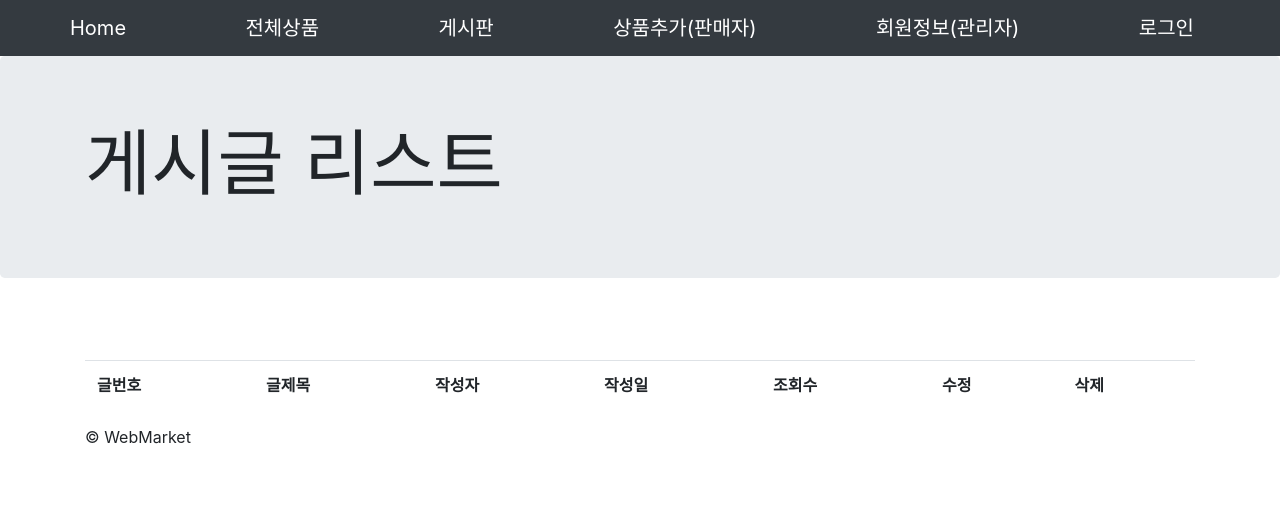
Repository: davisbyun/ai
Page: http://localhost/WebMarket/board/boardList.jsp
The author's editor kept a copy of each file at every save. The page is drawn from the files as they stood at one save, then again after the next save.
The browser window is 1280 px wide. The pictures show the whole page.
The page is served by Tomcat 9. Other server files are loaded and not shown. Queries for data that is not in the repository find no rows.

Above is the page before, as saved 2024-01-30 03:16:19.

### WebMarket/src/main/webapp/board/boardList.jsp
<%@page import="java.sql.*"%>
<%@ page language="java" contentType="text/html; charset=UTF-8"
    pageEncoding="UTF-8"%>
<%@ page import="java.net.*" %>
<!DOCTYPE html>
<html>
<head>
<meta charset="UTF-8">
<title>boardList.jsp 게시글 리스트 </title>
<link rel="stylesheet" href="./css/bootstrap.min.css" />
</head>
<body>
 	 <%

    //1.드라이버연결
	Class.forName("com.mysql.jdbc.Driver");


    String url = "jdbc:mysql://localhost:3306/webmarket?characterEncoding=UTF-8&serverTimezone=UTC&useSSL=false";
    String userId ="root";
    String userPwd="1234";

    //2. con 연결
    Connection con = DriverManager.getConnection(url, userId, userPwd);
    //3. sql con올리기
    String selectSql= "select * from boardtbl";
    PreparedStatement pstmt = con.prepareStatement(selectSql);
    //4.mysql로 보내서 실행하기
    ResultSet rs = pstmt.executeQuery();
    //5.rs변수에 담겨서 select문을 jsp로 들어온다.

  %>

<jsp:include page="../menu.jsp"></jsp:include>

<div class="jumbotron">
    <div class="container">
        <h1 class="display-3"> 게시글 리스트 </h1>
    </div>
  </div>

<div class="container">

    <div style="padding-top: 50px">
	 <table class="table table-hover">
    	<tr><th>글번호</th> <th>글제목</th> <th>작성자</th> <th>작성일</th> <th>조회수</th> <th>수정</th> <th>삭제</th></tr>
        <%
          while(rs.next()) { //rs.next() 꼭 써주어야 하는 명령어 포인터 위치를 가르킨다.
        	                 //한줄만 출력하더라도 반드시 rs.next() 사용해야 한다.
         %>
         <tr>
    	   <td> <%= rs.getInt("num") %></td>  <%--num 는 mysql 에 있는 열 이름 --%>
    	   <td>
    	     <a href="boardDetail.jsp?num=<%=rs.getInt("num") %>&title=<%=rs.getString("title") %>&content=<%=rs.getString("content") %>&writer=<%=rs.getString("writer") %>&regdate=<%=rs.getDate("reg_date") %>&count=<%=rs.getInt("count") %>" >

    	        <%= rs.getString("title") %>
    	     </a>

    	   </td>
    	   <td> <%= rs.getString("writer") %></td>
    	   <td> <%= rs.getDate("reg_date") %></td>
    	   <td> <%= rs.getInt("count") %></td>
    	   <td> <a href="boardModify.jsp?num=<%=rs.getInt("num") %>" class="btn btn-primary"> 수정 </a> </td>
    	   <td> <a href="boardDelete.jsp?num=<%=rs.getInt("num") %>" class="btn btn-danger"> 삭제 </a> </td>
    	</tr>
         <%
          }
         %>

    </table>
    </div>
  </div>




  <jsp:include page="../footer.jsp"></jsp:include>

  </body>
  </html>

### WebMarket/src/main/webapp/menu.jsp
<%@ page language="java" contentType="text/html; charset=UTF-8"
    pageEncoding="UTF-8"%>
<!DOCTYPE html>
<html>
<head>
<meta charset="UTF-8">
<title>Insert title here</title>
<link rel="stylesheet" href="https://cdn.jsdelivr.net/npm/bootstrap@4.0.0/dist/css/bootstrap.min.css" integrity="sha384-Gn5384xqQ1aoWXA+058RXPxPg6fy4IWvTNh0E263XmFcJlSAwiGgFAW/dAiS6JXm" crossorigin="anonymous">
</head>
<body>
	 <nav class="navbar navbar-expand navbar-dark bg-dark">
    <div class="container">
        <div class="navbar-header">
            <a class="navbar-brand" href="/WebMarket/welcome.jsp">Home</a>
        </div>
        <div class="navbar-header">
            <a class="navbar-brand" href="/WebMarket/products.jsp">전체상품</a>
        </div>
        <div class="navbar-header">
            <a class="navbar-brand" href="/WebMarket/board/boardList.jsp">게시판</a>
        </div>
        <div class="navbar-header">
            <a class="navbar-brand" href="/WebMarket/addProduct.jsp">상품추가(판매자)</a>
        </div>
        <div class="navbar-header">
             <a class="navbar-brand" href="/WebMarket/member/memberInfo.jsp">회원정보(관리자)</a>
         </div>
         <%
            //세션 가져오기
            String name = (String)session.getAttribute("name");
         	String id = (String )session.getAttribute("id");
         	String loginOk = "로그인";
         	if( name != null ) {
         		loginOk = name + "님 ";
         %>
         <div class="navbar-header">
         	<div class="text-white"> <h5><%=loginOk %> </h5>&nbsp;&nbsp;
             <a class="navbar-brand" href="/WebMarket/member/logOut.jsp"> 로그아웃 </a>
         </div>
         </div>

         <%

         	}else {
         		loginOk = "로그인";
         %>
         <div class="navbar-header">
             <a class="navbar-brand" href="/WebMarket/member/login.jsp"><%= loginOk %></a>
         </div>
         <%
         	}
         %>

     </div>
   </nav>
</body>
</html>

### WebMarket/src/main/webapp/footer.jsp
<%@ page language="java" contentType="text/html; charset=UTF-8"
    pageEncoding="UTF-8"%>
<!DOCTYPE html>
<html>
<head>
<meta charset="UTF-8">
<title>Insert title here</title>
 <link rel="stylesheet" href="https://cdn.jsdelivr.net/npm/bootstrap@4.0.0/dist/css/bootstrap.min.css" integrity="sha384-Gn5384xqQ1aoWXA+058RXPxPg6fy4IWvTNh0E263XmFcJlSAwiGgFAW/dAiS6JXm" crossorigin="anonymous">
</head>
<body>
     <footer class="container">
	    <p>&copy; WebMarket</p>
	 </footer>
</body>
</html>

Loaded but not shown: WebMarket/src/main/webapp/css/bootstrap.min.css (library)

After the next save:
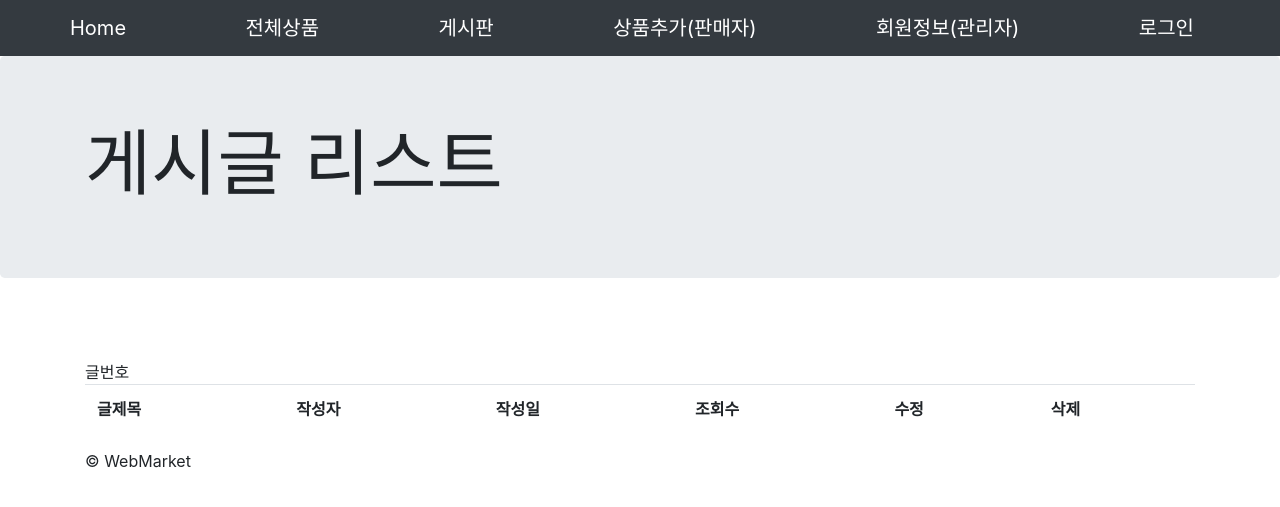
Saved 2 min 51 s later.
--- a/WebMarket/src/main/webapp/board/boardList.jsp
+++ b/WebMarket/src/main/webapp/board/boardList.jsp
@@ -43,7 +43,7 @@
 
     <div style="padding-top: 50px">
 	 <table class="table table-hover">
-    	<tr><th>글번호</th> <th>글제목</th> <th>작성자</th> <th>작성일</th> <th>조회수</th> <th>수정</th> <th>삭제</th></tr>
+    	<tr><th="textalign:center">글번호</th> <th>글제목</th> <th>작성자</th> <th>작성일</th> <th>조회수</th> <th>수정</th> <th>삭제</th></tr>
         <%
           while(rs.next()) { //rs.next() 꼭 써주어야 하는 명령어 포인터 위치를 가르킨다.
         	                 //한줄만 출력하더라도 반드시 rs.next() 사용해야 한다.

After the 2 saves that followed:
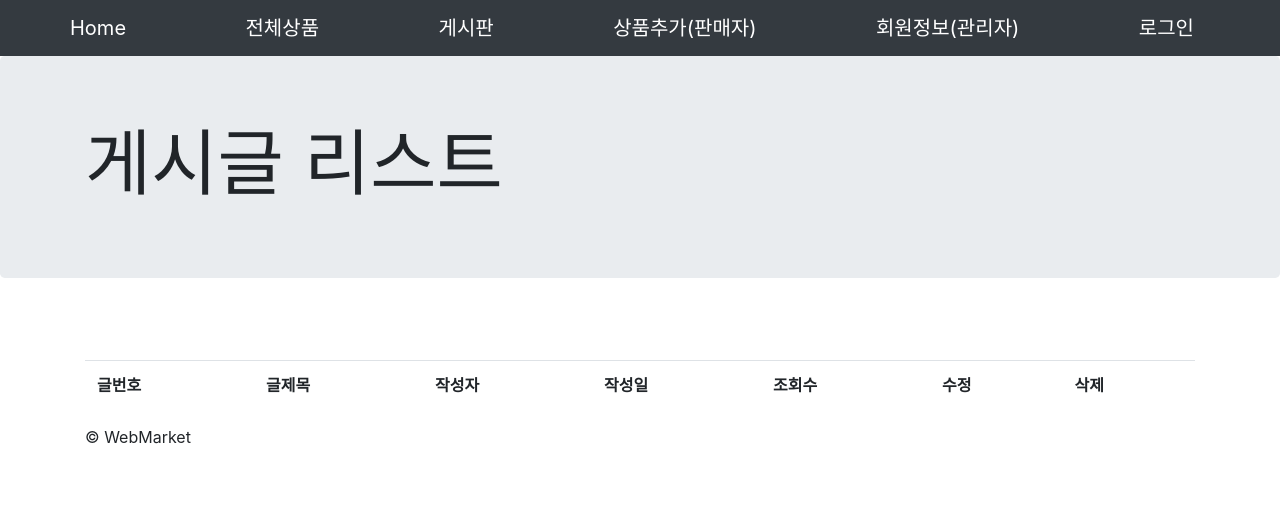
The 2 saves are shown as one change because 1 left the picture as it was.
The last was saved 4 min 52 s later.
--- a/WebMarket/src/main/webapp/board/boardList.jsp
+++ b/WebMarket/src/main/webapp/board/boardList.jsp
@@ -43,7 +43,7 @@
 
     <div style="padding-top: 50px">
 	 <table class="table table-hover">
-    	<tr><th="textalign:center">글번호</th> <th>글제목</th> <th>작성자</th> <th>작성일</th> <th>조회수</th> <th>수정</th> <th>삭제</th></tr>
+    	<tr><th>글번호</th> <th>글제목</th> <th>작성자</th> <th>작성일</th> <th>조회수</th> <th>수정</th> <th>삭제</th></tr>
         <%
           while(rs.next()) { //rs.next() 꼭 써주어야 하는 명령어 포인터 위치를 가르킨다.
         	                 //한줄만 출력하더라도 반드시 rs.next() 사용해야 한다.
